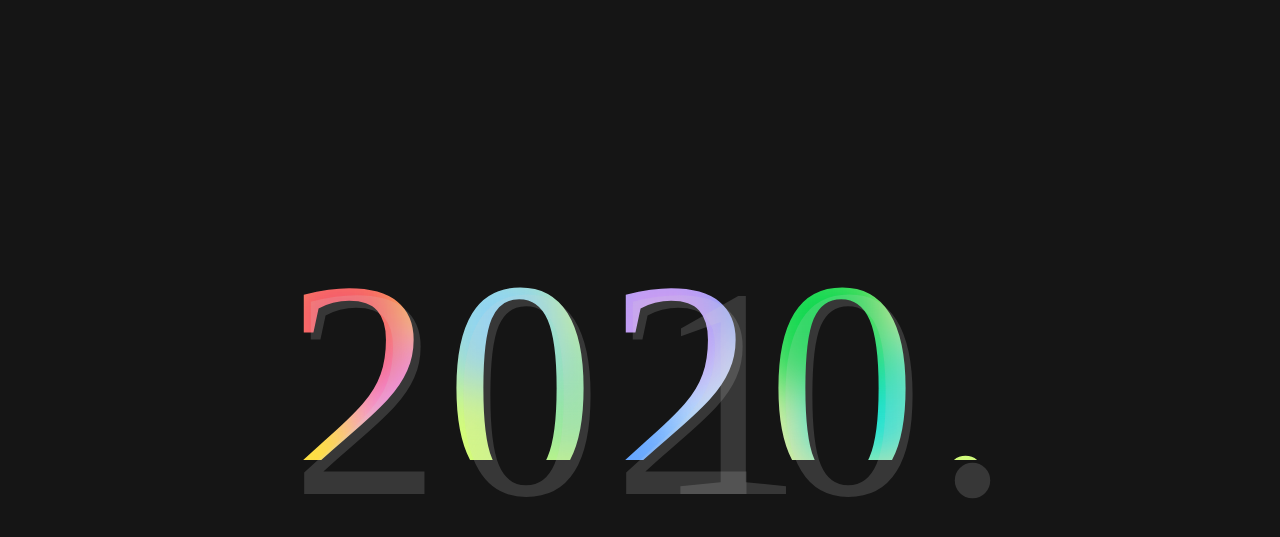
Repository: ramtoppo12/Happy-new-year-2021
Page: index.html
An editor plug-in stored every save of this project. The page is shown before and after the next save, followed by the edit.
The browser window is 1280 px wide. The pictures show the whole page.
Some web fonts or font styles are not loaded; a fallback is used.

Above is the page before, as saved 2020-12-24 23:22:58.

After the next save:
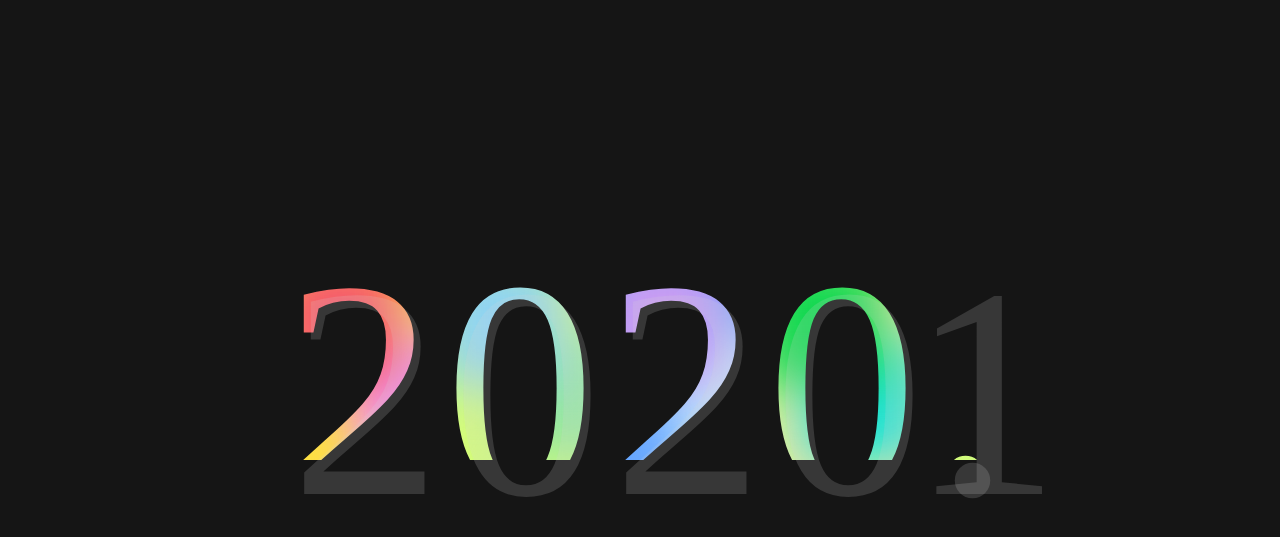
Saved 15 s later.
--- a/style.css
+++ b/style.css
@@ -43,5 +43,5 @@ body {
 .text-5 {
   position: absolute;
   top: 0;
-  left: 50%;
+  left: 70%;
 }
